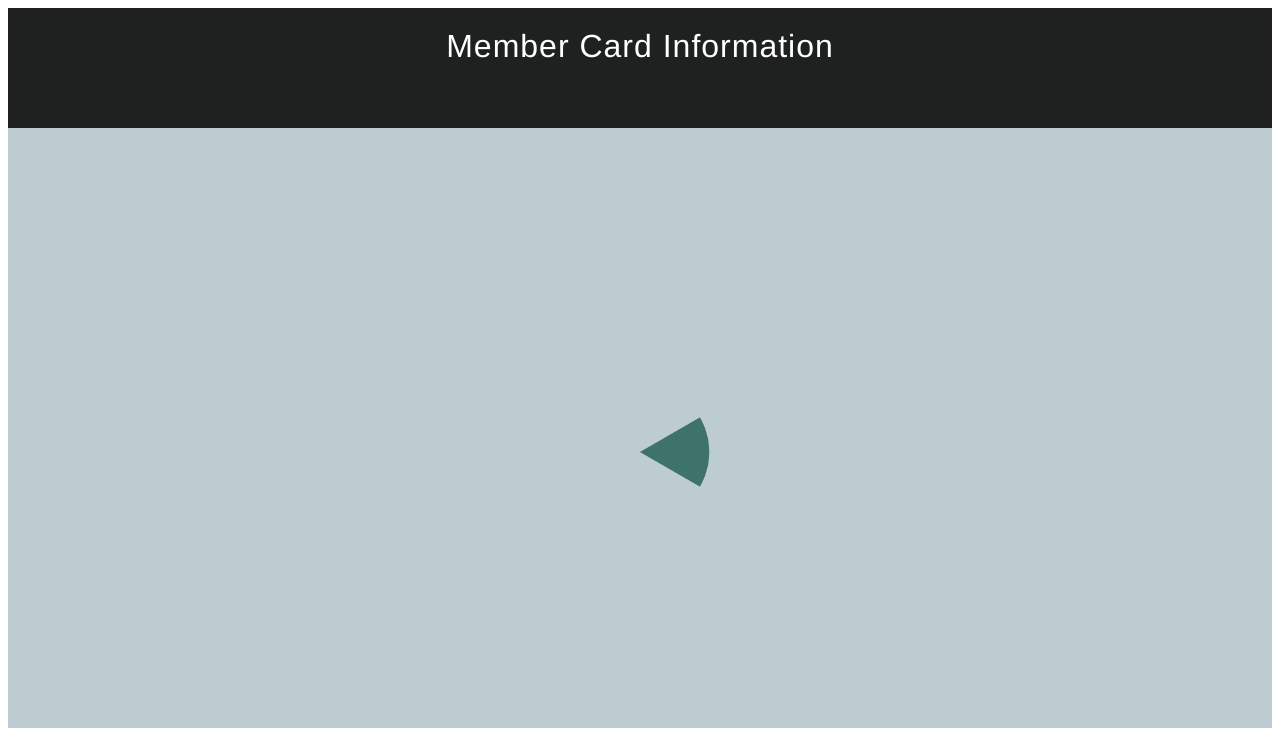
Repository: Leooook/lzhao-fed-test
Page: /
The author's editor kept a copy of each file at every save. The page is drawn from the files as they stood at one save, then again after a run of saves.
The browser window is 1280 px wide. The pictures show the whole page.
The page's requests for data from a server got no answer. The project was rebuilt for these pictures with package versions that can differ from the ones it lists, and the page was loaded fresh each time. No one was signed in, and anything a server would have sent is missing. Also part of the build but not shown: src/components/detail.js.

Above is the page before, as saved 2021-03-16 11:24:08.

### src/index.html
<!DOCTYPE html>
<html lang="en">
	<head>
		<meta charset="utf-8" />
		<meta http-equiv="X-UA-Compatible" content="IE=edge,chrome=1" />
		<title>Member Card Info</title>
		<meta name="description" content="" />
		<meta name="viewport" content="width=device-width, initial-scale=1.0, maximum-scale=1.0, user-scalable=no" />
	</head>
	<body>
		<div id="root" class="react-root"></div>
	</body>
</html>

### src/App.js
/* eslint-disable prettier/prettier */
import React, { Component } from 'react'
import { BsCaretDownFill } from 'react-icons/bs'

import './App.css'
import Header from './components/header'
import Feature from './components/feature'

class App extends Component {
	constructor(props) {
		super(props)
		this.state = {
			featureAmount: [ 1 ],
			iconsDisplay: false
		}
	}

	// Triger for adding more features
	setFeature = () => {
		const { featureAmount } = this.state
		this.setState({ featureAmount: [ ...featureAmount, featureAmount[featureAmount.length - 1] + 1 ] })
	}

	// Triger for show & hide 'add more' button
	setIcons = () => {
		const { iconsDisplay } = this.state
		this.setState({ iconsDisplay: !iconsDisplay })
	}

	render() {
		const { featureAmount, iconsDisplay } = this.state

		return (
			<div className="app">
				<Header />
				{featureAmount.map((key) => (
					<Feature
						key={key}
						newOne={key === featureAmount.length}
						setIcons={this.setIcons}
						iconsDisplay={iconsDisplay}
					/>
				))}
				{iconsDisplay ? (
					<BsCaretDownFill
						className="add-feature"
						onClick={() => {
							this.setIcons()
							this.setFeature()
						}}
					/>
				) : null}
			</div>
		)
	}
}

export default App

### src/App.css
/* app */
.app {
	margin: 0;
	padding: 0;
	box-sizing: border-box;
	max-width: 100vw;
	min-height: 100vh;
	background-color: var(--light-blue);
}
:root {
	--nav-black: rgba(14, 14, 14, 0.897);
	--white: #ffffff;
	--light-blue: rgb(189, 204, 208);
	--grey: rgb(145, 145, 145);
	--light-grey: rgb(209, 209, 209);
}
.add-feature {
	position: relative;
	color: rgba(65, 65, 65, 0.418);
	width: 60px;
	height: 60px;
	margin: 30px auto 0 auto;
	display: block;
	cursor: pointer;
	animation: upAndDown 3s ease-in-out infinite;
}
.add-feature:active {
	transform: scale(1.1);
	transition: all 1s ease;
}
@keyframes upAndDown {
	0% {
		bottom: 0;
	}
	50% {
		bottom: 10px;
	}
	100% {
		bottom: 0;
	}
}
/* end of app */
/* header */
.header {
	background-color: var(--nav-black);
	height: 80px;
	padding: 20px;
	margin-bottom: 80px;
	font-size: 2rem;
	font-family: 'Franklin Gothic Medium', 'Arial Narrow', Arial, sans-serif;
	text-align: center;
	color: var(--white);
	letter-spacing: 1px;
}
@media screen and (max-width: 500px) {
	.header {
		margin-bottom: 30px;
		padding: 30px;
		font-size: 1.4rem;
	}
}
/* end of header */
/* loader */
.load {
	width: 100%;
}
.loadPic {
	height: 20vh;
	width: 20vh;
	display: block;
	margin: 35vh auto 0 auto;
}
/* end of loader */
/* feature */
.feature {
	margin-top: -65px;
	padding: 60px 8%;
	display: grid;
	grid-template-columns: repeat(auto-fill, minmax(450px, 1fr));
	grid-row-gap: 50px;
	grid-column-gap: 80px;
}
@media screen and (max-width: 500px) {
	.feature {
		padding: 30px 20px;
		display: initial;
	}
}
/* end of feature */
/* detail */
.detail {
	margin: auto;
	padding: 10px 20px;
	width: 450px;
	height: 240px;
	background: hsla(0, 0%, 100%, .3);
	border-radius: 6px;
	box-shadow: 0 6px 20px 6px rgba(0, 0, 0, 0.207);
	display: flex;
	align-items: center;
	cursor: pointer;
	transition: all linear 0.2s;
}
.detail:hover {
	transform: scale(1.05);
	box-shadow: 0 10px 30px 10px rgba(0, 0, 0, 0.207);
}
.left-section {
	width: calc(40% - 20px);
	margin-right: 10%;
}
.right-section {
	width: clac(50% - 20px);
}
.detail-pic {
	margin: 0 auto;
	height: 140px;
	width: 140px;
	border-radius: 50%;
	box-shadow: 0 0 10px 8px var(--light-grey);
}
.detail-info {
	margin-bottom: 10px;
}
.detail-name {
	font-family: 'Playfair Display', serif;
	font-weight: bold;
	font-size: 1.3rem;
}
.detail-name2 {
	font-weight: 100;
	font-size: 0.9rem;
	color: rgb(82, 82, 82);
	font-style: oblique;
}
.detail-sex-date {
	display: flex;
}
.detail-date {
	margin-right: 13px;
}
.detail-font {
	font-family: 'Source Sans Pro', sans-serif;
	font-size: 0.8rem;
}
@media screen and (max-width: 500px) {
	.detail {
		margin-bottom: 30px;
		width: 90vw;
		height: 50vw;
	}
	.detail-pic {
		height: 100px;
		width: 100px;
	}
	.detail-info {
		margin-bottom: 6px;
	}
	.detail-name {
		font-size: 1rem;
	}
	.detail-name2 {
		font-size: 0.8rem;
	}
	.detail-date {
		margin-right: 8px;
	}
	.detail-font {
		font-size: 0.75rem;
	}
}
/* end of detail */

### src/components/header.js
import React from 'react';

function Header() {
	return <section className="header">Member Card Information</section>;
}

export default Header;

### src/components/feature.js
import React, { Component } from 'react';
import PropTypes from 'prop-types';

import Loader from './loader';
import Detail from './detail';

class Feature extends Component {
	constructor(props) {
		super(props);
		this.state = {
			dataSet: [],
			dataAmount: 6
		};
	}

	componentDidMount() {
		// Fetch 6 datas each time
		const { dataAmount } = this.state;
		for (let i = 0; i < dataAmount; i += 1) {
			this.fetchData();
		}
	}

	// fetch data from url
	fetchData = () => {
		fetch('https://randomuser.me/api/', {
			method: 'GET',
			mode: 'cors',
			header: new Headers({
				'Access-Control-Allow-Origin': '*'
			})
		})
			.then(response => response.json())
			.then(data => {
				const { dataSet } = this.state;
				dataSet.push(data.results[0]);
				this.setState({ dataSet });

				// after fetched data, show 'add more button'
				const { newOne, iconsDisplay, setIcons } = this.props;
				if (dataSet.length !== 0 && dataSet.length % 6 === 0 && newOne && iconsDisplay === false) {
					setIcons();
				}
			});
	};

	render() {
		const { dataSet } = this.state;
		if (dataSet.length === 0 || dataSet.length % 6 !== 0) {
			return <Loader />;
		}
		return (
			<section className="feature">
				{dataSet.map((each, key) => {
					const id = (dataSet.length % 6) + key;
					return <Detail key={id} data={each} />;
				})}
			</section>
		);
	}
}

Feature.propTypes = {
	newOne: PropTypes.bool.isRequired,
	iconsDisplay: PropTypes.bool.isRequired,
	setIcons: PropTypes.func.isRequired
};

export default Feature;

### src/components/loader.js
import React from 'react';

import loadPic from '../images/load.gif';

function Loader() {
	return (
		<section className="load">
			<img src={loadPic} className="loadPic" alt="load" />
		</section>
	);
}

export default Loader;

Loaded but not shown: src/index.js (common file)

After the next 2 saves:
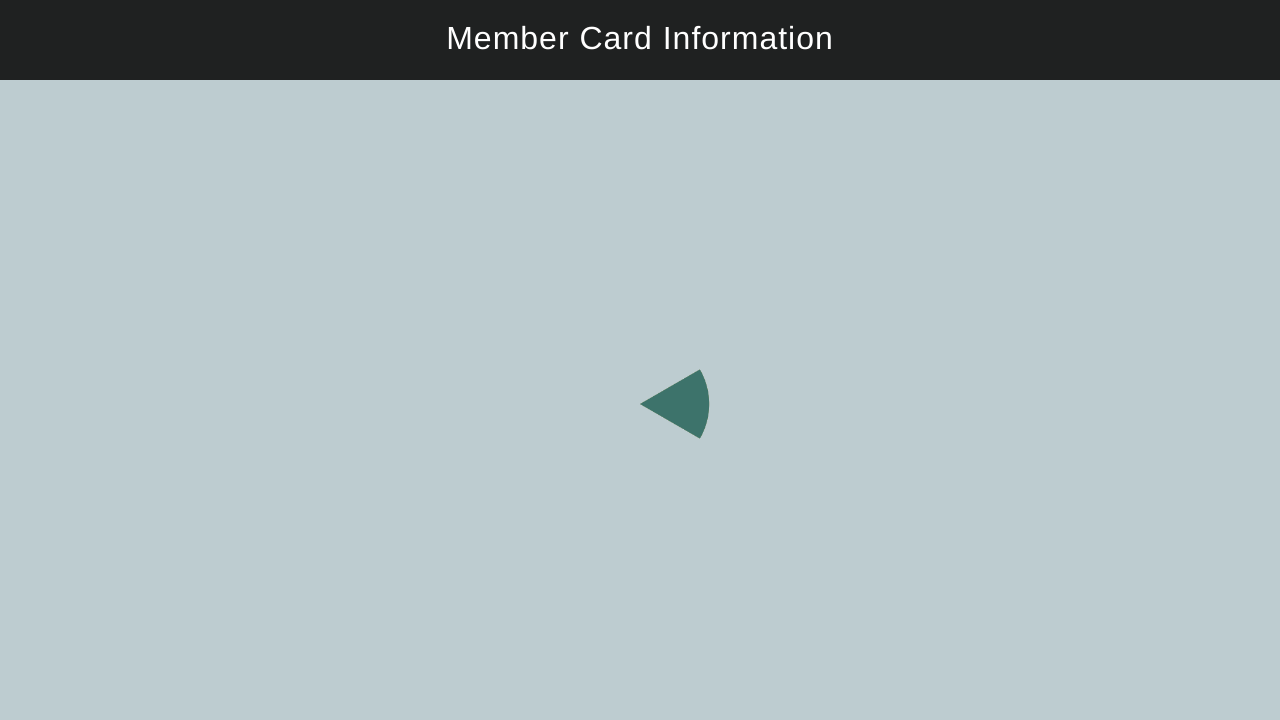
The 2 saves are shown as one change because they came seconds apart.
The last was saved 107 s later.
--- a/src/App.css
+++ b/src/App.css
@@ -1,11 +1,7 @@
-/* app */
-.app {
+* {
 	margin: 0;
 	padding: 0;
 	box-sizing: border-box;
-	max-width: 100vw;
-	min-height: 100vh;
-	background-color: var(--light-blue);
 }
 :root {
 	--nav-black: rgba(14, 14, 14, 0.897);
@@ -13,6 +9,12 @@
 	--light-blue: rgb(189, 204, 208);
 	--grey: rgb(145, 145, 145);
 	--light-grey: rgb(209, 209, 209);
+}
+/* app */
+.app {
+	max-width: 100vw;
+	min-height: 100vh;
+	background-color: var(--light-blue);
 }
 .add-feature {
 	position: relative;

After the 4 saves that followed:
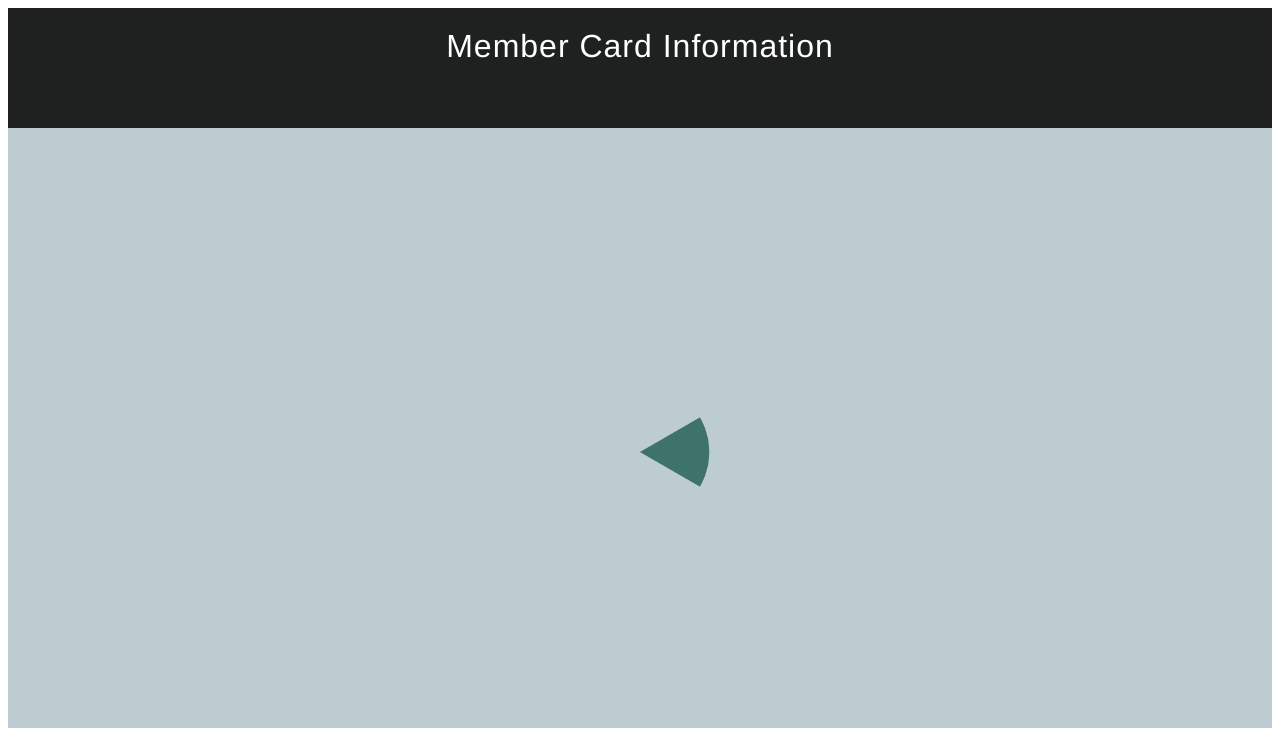
The 4 saves are shown as one change because 3 left the picture as it was.
The last was saved 88 s later.
--- a/src/App.css
+++ b/src/App.css
@@ -1,3 +1,4 @@
+/
 * {
 	margin: 0;
 	padding: 0;
